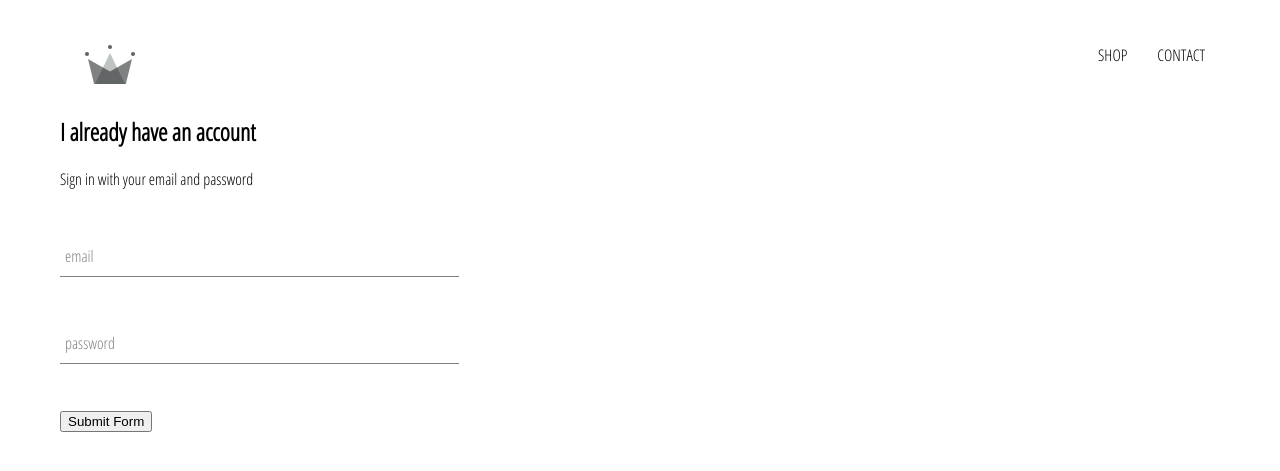
Repository: chonax/crwn-clothing
Page: /signin
The author's editor kept a copy of each file at every save. The page is drawn from the files as they stood at one save, then again after the next save.
The browser window is 1280 px wide. The pictures show the whole page.
The project was rebuilt for these pictures with package versions that can differ from the ones it lists, and the page was loaded fresh each time. Also part of the build but not shown: src/components/menu-item/menu-item.styles.scss, src/components/menu-item/menu-item.component.jsx, src/components/directory/directory.styles.scss, src/components/directory/directory.component.jsx, src/pages/homepage/homepage.styles.scss, src/pages/homepage/homepage.component.jsx, src/pages/shop/shop.data.js, src/components/collection-item/collection-item.styles.scss and 4 more.

Above is the page before, as saved 2021-01-17 17:30:43.

### public/index.html
<!DOCTYPE html>
<html lang="en">
  <head>
    <meta charset="utf-8" />
    <link rel="preconnect" href="https://fonts.gstatic.com">
    <link rel="icon" href="%PUBLIC_URL%/favicon.ico" />
    <meta name="viewport" content="width=device-width, initial-scale=1" />
    <meta name="theme-color" content="#000000" />
    <meta name="description" content="Web site created using create-react-app" />
    <link rel="apple-touch-icon" href="%PUBLIC_URL%/logo192.png" />
    <!--
      manifest.json provides metadata used when your web app is installed on a
      user's mobile device or desktop. See https://developers.google.com/web/fundamentals/web-app-manifest/
    -->
    <link rel="manifest" href="%PUBLIC_URL%/manifest.json" />
    <link href="https://fonts.googleapis.com/css2?family=Open+Sans+Condensed:wght@300&display=swap" rel="stylesheet">
    <!--
      Notice the use of %PUBLIC_URL% in the tags above.
      It will be replaced with the URL of the `public` folder during the build.
      Only files inside the `public` folder can be referenced from the HTML.

      Unlike "/favicon.ico" or "favicon.ico", "%PUBLIC_URL%/favicon.ico" will
      work correctly both with client-side routing and a non-root public URL.
      Learn how to configure a non-root public URL by running `npm run build`.
    -->
    <title>React App</title>
  </head>
  <body>
    <noscript>You need to enable JavaScript to run this app.</noscript>
    <div id="root"></div>
    <!--
      This HTML file is a template.
      If you open it directly in the browser, you will see an empty page.

      You can add webfonts, meta tags, or analytics to this file.
      The build step will place the bundled scripts into the <body> tag.

      To begin the development, run `npm start` or `yarn start`.
      To create a production bundle, use `npm run build` or `yarn build`.
    -->
  </body>
</html>

### src/App.js
import React from 'react';
import { Switch, Route } from 'react-router-dom';

import './App.css';

import HomePage from './pages/homepage/homepage.component';
import ShopPage from './pages/shop/shop.component';
import SignInAndSignUpPage from './pages/sign-in-and-sign-up/sign-in-and-sign-up.component';
import Header from './components/header/header.component';

function App() {
  return (
  <div>
    <Header />
    <Switch>
      <Route exact path='/' component={HomePage} />
      <Route path='/shop' component={ShopPage} />
      <Route path='/signin' component={SignInAndSignUpPage} />
    </Switch>
  </div>
  );
}

export default App;

### src/pages/sign-in-and-sign-up/sign-in-and-sign-up.component.jsx
import React from 'react';

import SignIn from '../../components/sign-in/sign-in.component';

import './sign-in-and-sign-up.styles.sass';

const SignInAndSignUpPage = () => (
  <div className='sign-in-and-sign-up'>
    <SignIn />
  </div>
);

export default SignInAndSignUpPage;

### src/components/header/header.component.jsx
import React from 'react';
import { Link } from 'react-router-dom';

import { ReactComponent as Logo } from '../../assets/crown.svg';

import './header.styles.scss';

const Header = () => (
  <div className='header'>
    <Link className='logo-container' to="/">
      <Logo className='logo' />
    </Link>
    <div className='options'>
      <Link
        className='option'
        to='/shop'
      >SHOP</Link>
      <Link
        className='option'
        to='/contact'
      >CONTACT</Link>
    </div>
  </div>
)

export default Header;

### src/components/sign-in/sign-in.component.jsx
import { render } from '@testing-library/react';
import React from 'react';

import FormInput from '../form-input/form-input.component';

import './sign-in.styles.scss';

class SignIn extends React.Component {
  constructor(props) {
    super(props);

    this.state = {
      email: '',
      password: '',
    }
  }

  handleSubmit = event => {
    event.preventDefault();

    this.setState({ email: '', password: '' })
  }

  handleChange = event => {
    const { value, name } = event.target;

    this.setState({ [name]: value })
  }

  render() {
    return (
      <div className='sign-in'>
        <h2>I already have an account</h2>
        <span>Sign in with your email and password</span>

        <form onSubmit={this.handleSubmit}>
          <FormInput
            name='email'
            type='email'
            value={this.state.email}
            handleChange={this.handleChange}
            label="email"
            required
          />
          <FormInput
            name="password"
            type="password"
            value={this.state.password}
            handleChange={this.handleChange}
            label="password"
            required
          />
          <input type="submit" value="Submit Form" />
        </form>
      </div>
    );
  }
}

export default SignIn;

### src/components/form-input/form-input.component.jsx
import React from 'react';

import './form-input.styles.scss';

const FormInput = ({ handleChange, label, ...otherProps }) => (
  <div className='group'>
    <input className='form-input' onChange={handleChange} {...otherProps} />
    {
      label ?
      (<label className={`${otherProps.value.length ? 'shrink' : ''} form-input-label`}>
        {label}
      </label>)
      : null
    }
  </div>
);

export default FormInput;

### src/components/form-input/form-input.styles.scss
$sub-color: grey;
$main-color: black;

@mixin shrinkLabel {
  top: -14px;
  font-size: 12px;
  color: $main-color;
}

.group {
  position: relative;
  margin: 45px 0;

  .form-input {
    background: none;
    background-color: white;
    color: $sub-color;
    font-size: 18px;
    padding: 10px 10px 10px 5px;
    display: block;
    width: 100%;
    border: none;
    border-radius: 0;
    border-bottom: 1px solid $sub-color;
    margin: 25px 0;

    &:focus {
      outline: none;
    }

    &:focus ~ .form-input-label {
      @include shrinkLabel();
    }
  }

  input[type='password'] {
    letter-spacing: 0.3em;
  }

  .form-input-label {
    color: $sub-color;
    font-size: 16px;
    font-weight: normal;
    position: absolute;
    pointer-events: none;
    left: 5px;
    top: 10px;
    transition: 300ms ease all;

    &.shrink {
      @include shrinkLabel();
    }
  }
}

Loaded but not shown: src/index.js (common file); src/index.css (common file); src/App.css (common file); src/components/header/header.styles.scss (common file); src/components/sign-in/sign-in.styles.scss (common file); src/pages/sign-in-and-sign-up/sign-in-and-sign-up.styles.sass (no stored copy; drawn as an empty file)

After the next save:
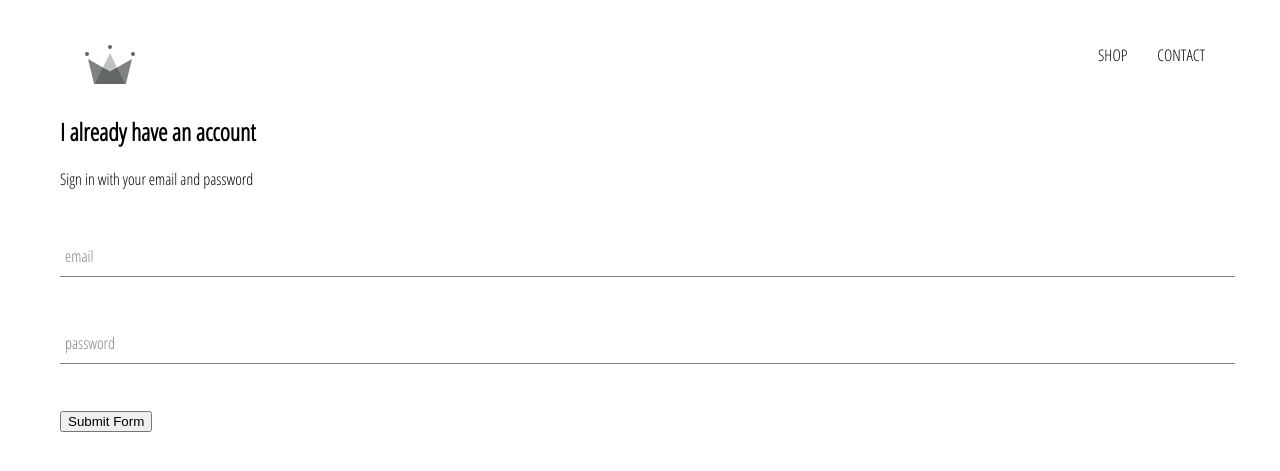
Saved 41 s later.
--- a/src/components/sign-in/sign-in.component.jsx
+++ b/src/components/sign-in/sign-in.component.jsx
@@ -3,7 +3,6 @@
 
 import FormInput from '../form-input/form-input.component';
 
-import './sign-in.styles.scss';
 
 class SignIn extends React.Component {
   constructor(props) {

After the save that followed:
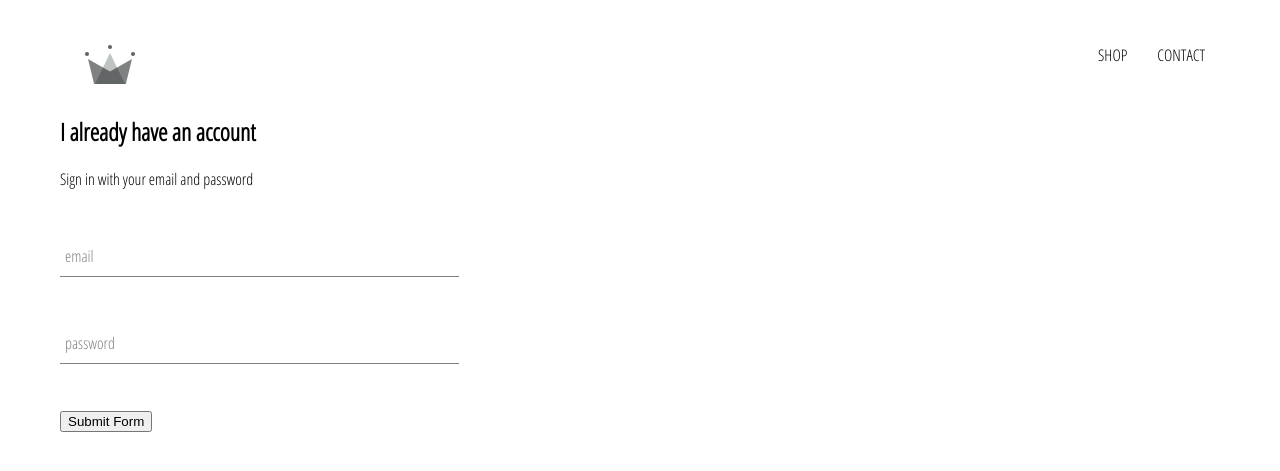
Saved 16 s later.
--- a/src/components/sign-in/sign-in.component.jsx
+++ b/src/components/sign-in/sign-in.component.jsx
@@ -3,6 +3,7 @@
 
 import FormInput from '../form-input/form-input.component';
 
+import './sign-in.styles.scss'
 
 class SignIn extends React.Component {
   constructor(props) {
